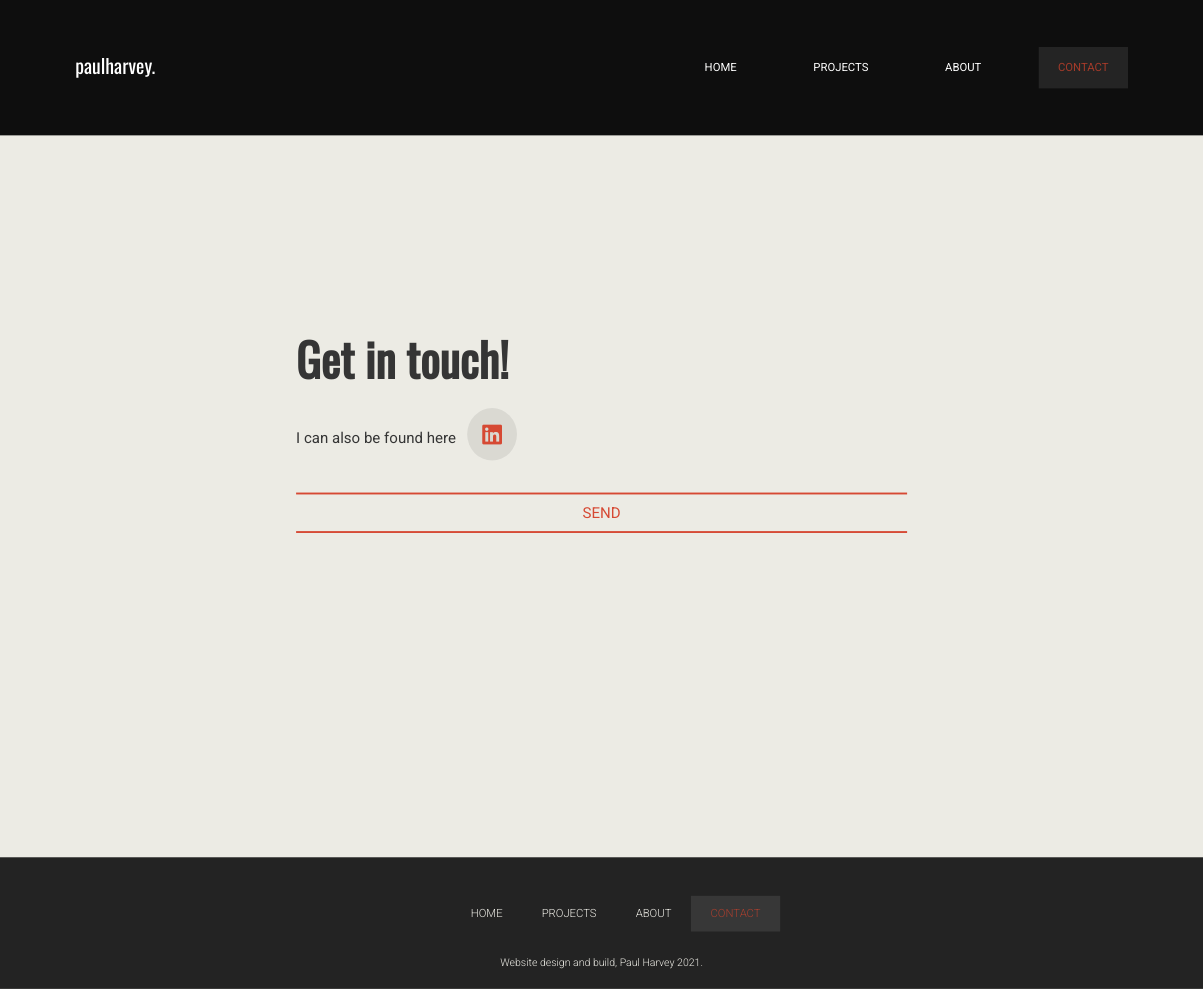
Repository: pavhns20/my-new-portfolio
Page: www/contact.html
An editor plug-in stored every save of this project. The page is shown before and after the next save, followed by the edit.
The browser window is 1280 px wide. The pictures show the whole page, at 94% of full size.
Some web libraries are served in a nearby version.

Above is the page before, as saved 2022-01-11 09:54:18.
Console error: TypeError: Cannot read properties of null (reading 'addEventListener')

After the next save:
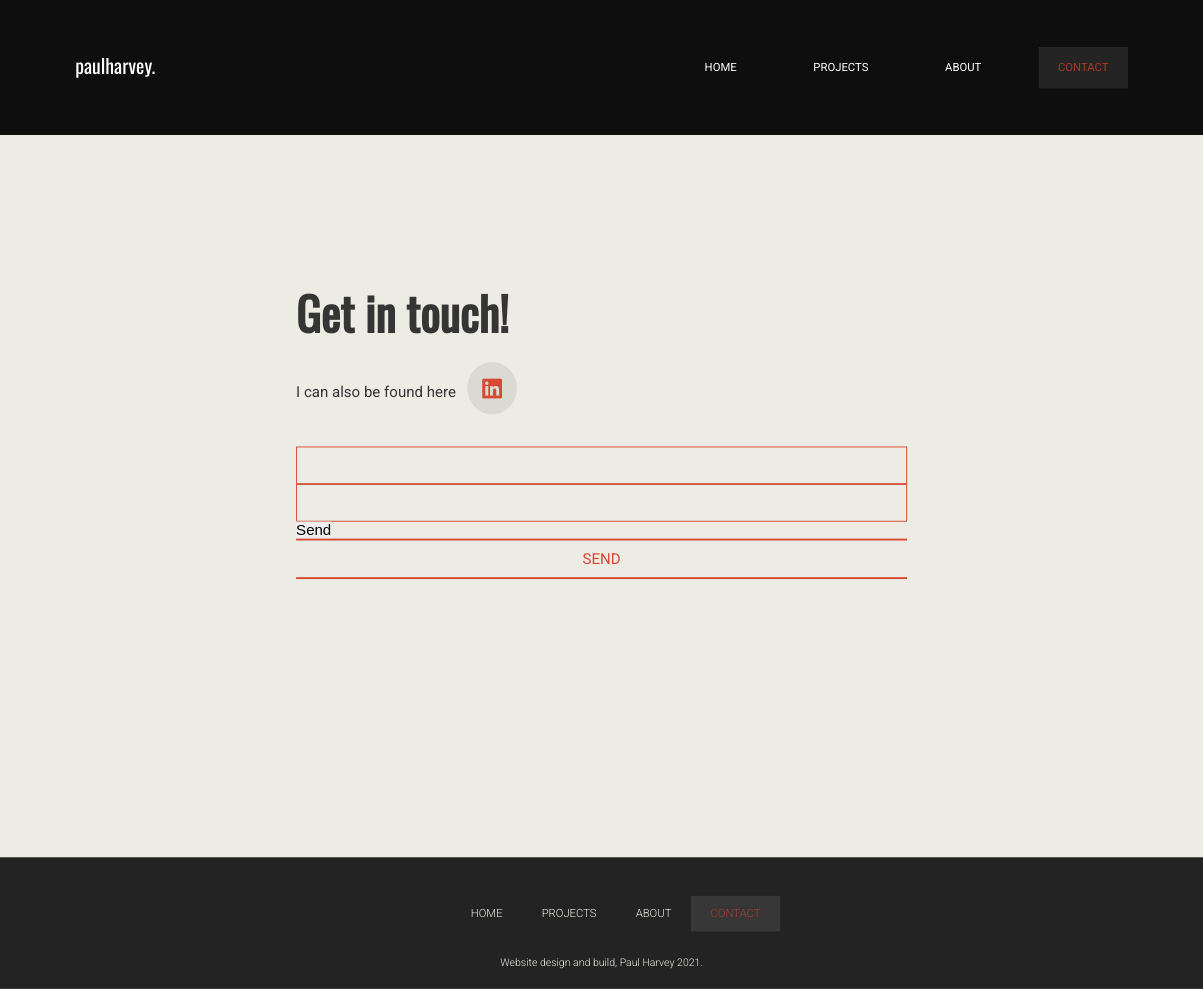
Saved 12 s later.
--- a/www/contact.html
+++ b/www/contact.html
@@ -93,7 +93,11 @@
 							<i class="fab fa-linkedin"></i></a
 					></span>
 					<br /><br />
-
+					<form action="https://formsubmit.co/your@email.com" method="POST">
+						<input type="text" name="name" required>
+						<input type="email" name="email" required>
+						<button type="submit">Send</button>
+			 </form>
 					<!-- <form
 						action="https://formsubmit.co/paulharvey1@gmail.com"
 						method="POST"
